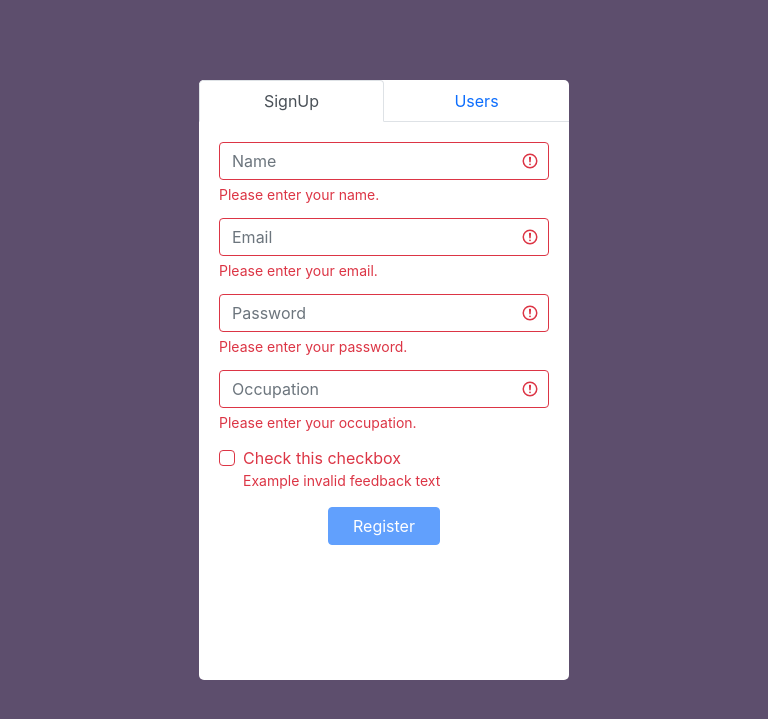
Repository: asadalibest1/SignUp-from
Page: /
The author's editor kept a copy of each file at every save. The page is drawn from the files as they stood at one save, then again after the next save.
The browser window is 768 px wide. The pictures show the whole page.
The project was rebuilt for these pictures with package versions that can differ from the ones it lists, and the page was loaded fresh each time.

Above is the page before, as saved 2021-02-07 22:01:42.

After the next save:
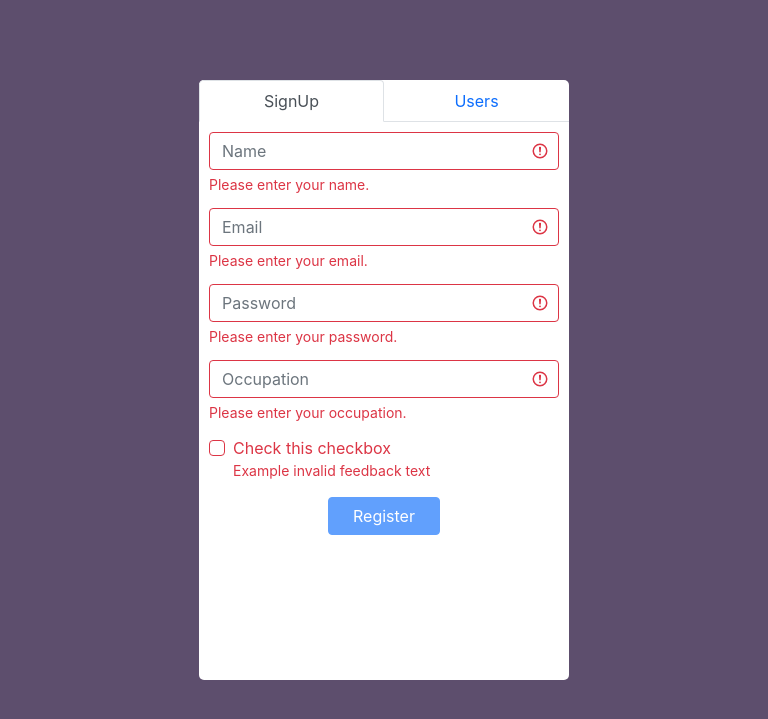
Saved 105 s later.
--- a/src/components/SignUp/SignUp.css
+++ b/src/components/SignUp/SignUp.css
@@ -15,3 +15,7 @@
     /* border: 1px solid black; */
     margin: 0;
 }
+@media (max-width: 800px) {
+    .SignUp form{
+        margin: 10px;
+}

After the 2 saves that followed:
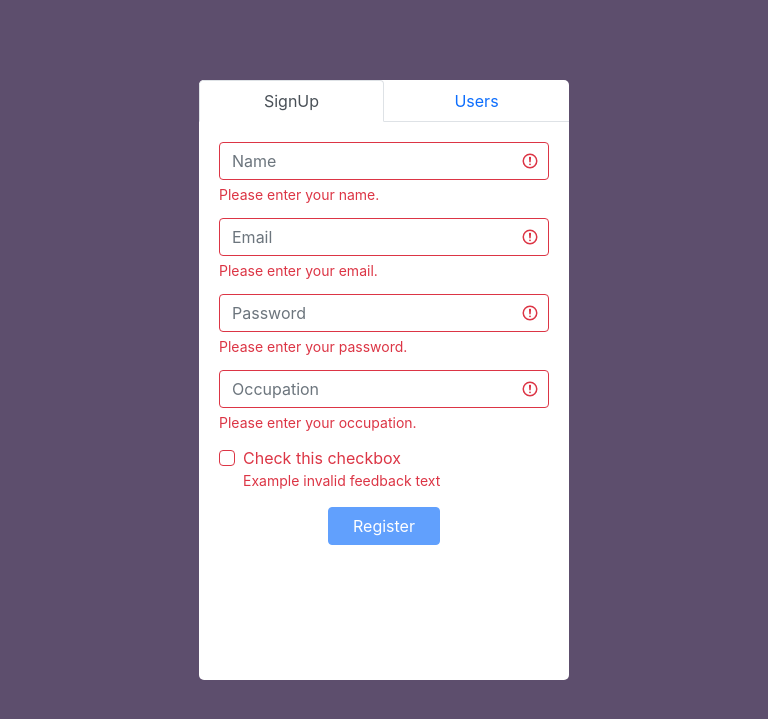
The 2 saves are shown as one change because 1 left the picture as it was.
The last was saved 11 s later.
--- a/src/components/SignUp/SignUp.css
+++ b/src/components/SignUp/SignUp.css
@@ -17,5 +17,6 @@
 }
 @media (max-width: 800px) {
     .SignUp form{
-        margin: 10px;
+        /* margin: 10px; */
+    }
 }
